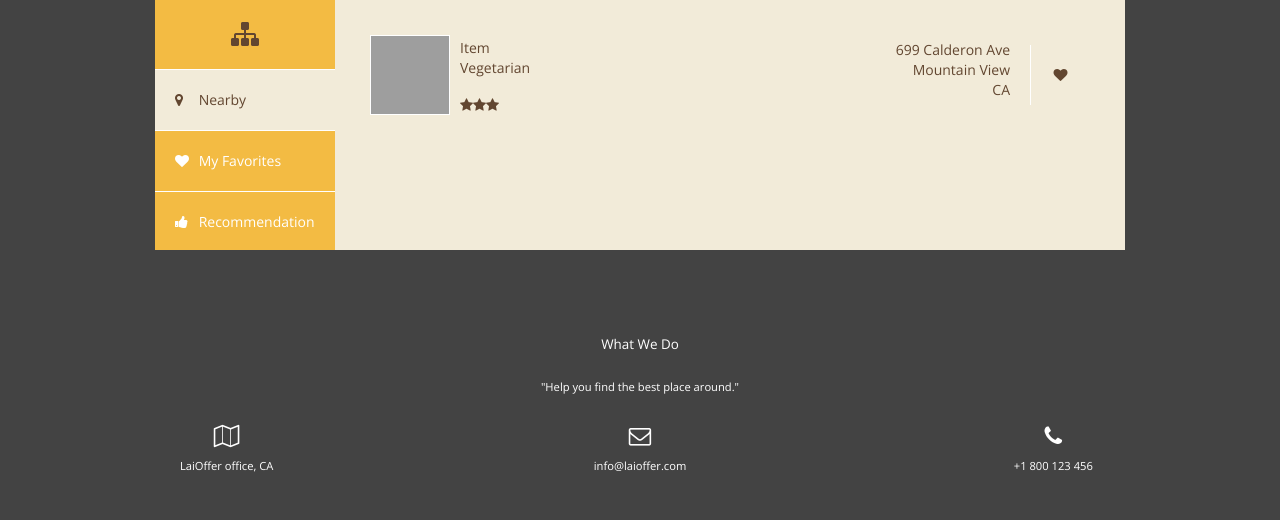
Repository: halonahan/Recommendation-Resful-Server
Page: http://localhost/Titan/
An editor plug-in stored every save of this project. The page is shown before and after the next save, followed by the edit.
The browser window is 1280 px wide. The pictures show the part of the page from y = 310 to 830 px (the page is 830 px tall).
Pictures or frames that could not be fetched are drawn as grey boxes. The page is served by Tomcat 9. Other server files are loaded and not shown.

Above is the page before, as saved 2017-10-22 22:42:31.

### Titan/WebContent/index.html
<!DOCTYPE html>
<html>
<head>
	<title>Item Recommendation </title>
	<link rel="stylesheet" type="text/css" href="https://maxcdn.bootstrapcdn.com/font-awesome/4.7.0/css/font-awesome.min.css">
	<link rel="stylesheet" type="text/css" href="https://fonts.googleapis.com/css?family=Open+Sans:400,300,700">
	<link rel="stylesheet" type="text/css" href="https://maxcdn.bootstrapcdn.com/bootstrap/3.3.7/css/bootstrap.min.css">

	<link rel="stylesheet" type="text/css" href="styles/main.css">
</head>
<body>
  <nav role="navigation" class="navbar navbar-custom navbar-fixed-top">
    <div class="container-fluid">

      <div class="navbar-header">
        <a class="navbar-brand">RECOMMANDY</a>
        <button type="button" class="navbar-toggle" data-target="#navbarCollapse" data-toggle="collapse">
          <span class="sr-only">Toggle navigation</span>
          <span class="icon-bar"></span>
          <span class="icon-bar"></span>
          <span class="icon-bar"></span>
        </button>
      </div>

      <div class="navbar-collapse collapse" id="navbarCollapse">
        <ul class="nav navbar-nav">
          <li class="active"><a href="#">Home</a></li>
          <li><a href="#">About</a></li>
          <li><a href="#">Contact</a></li>
        </ul>

        <ul class="nav navbar-nav navbar-right">
          <li><a href="#">Login</a></li>
        </ul>
      </div>

    </div>
  </nav>

  <div class="container">
    <header>
      <p>
        <span>Item</span>
        <br /> Recommendation
      </p>
    </header>

    <section class="main-section">

      <aside id="item-nav">
        <div class="nav-icon">
          <i class="fa fa-sitemap fa-2x"></i>
        </div>
        <nav class="main-nav">
          <a href="#" id="nearby-btn" class="main-nav-btn active">
            <i class="fa fa-map-marker"></i> Nearby
          </a>
          <a href="#" id="fav-btn" class="main-nav-btn">
            <i class="fa fa-heart"></i> My Favorites
          </a>
          <a href="#" id="recommend-btn" class="main-nav-btn">
            <i class="fa fa-thumbs-up"></i> Recommendation
          </a>
        </nav>
      </aside>

      <ul id="item-list">
        <li class="item">
          <img alt="item image" src="https://s3-media3.fl.yelpcdn.com/bphoto/EmBj4qlyQaGd9Q4oXEhEeQ/ms.jpg" />
          <div>
            <a class="item-name" href="#">Item</a>
            <p class="item-category">Vegetarian</p>
            <div class="stars">
              <i class="fa fa-star"></i>
              <i class="fa fa-star"></i>
              <i class="fa fa-star"></i>
            </div>
          </div>
          <p class="item-address">699 Calderon Ave<br/>Mountain View<br/> CA</p>
          <div class="fav-link">
            <i class="fa fa-heart"></i>
          </div>
        </li>
      </ul>
    </section>
  </div>

  <footer>
    <p class="title">What We Do</p>
    <p>"Help you find the best place around."</p>
    <ul>
      <li>
        <p><i class="fa fa-map-o fa-2x"></i></p>
        <p>LaiOffer office, CA</p>
      </li>
      <li>
        <p><i class="fa fa-envelope-o fa-2x"></i></p>
        <p>info@laioffer.com</p>
      </li>
      <li>
        <p><i class="fa fa-phone fa-2x"></i></p>
        <p>+1 800 123 456</p>
      </li>
    </ul>
  </footer>
  <script
  src="https://code.jquery.com/jquery-2.2.4.min.js"
  integrity="sha256-BbhdlvQf/xTY9gja0Dq3HiwQF8LaCRTXxZKRutelT44="
  crossorigin="anonymous"></script>
  <script type="text/javascript" src="https://maxcdn.bootstrapcdn.com/bootstrap/3.3.7/js/bootstrap.min.js"></script>
  <script type="text/javascript" src="scripts/main.js"></script>
</body>
</html>

### Titan/WebContent/styles/main.css

* {
  box-sizing: border-box;
  margin:     0;
  padding:    0;
}

body {
  background:  #434343;
  color:       #FFFFFF;
  font-family: 'Open Sans', sans-serif;
  font-weight: 300;
  font-size:   1.4em;
}
ul {
  list-style: none;
}
a {
	decoration:none;
}


.navbar-custom {
  background-color: #df574b;
  border:none;
  box-shadow:  0px 2px 10px #333333;
}
.navbar-custom .navbar-brand {
  color: #f8f8f8;
}
.navbar-custom .navbar-brand:hover,
.navbar-custom .navbar-brand:focus {
  color: #dfdfdf;
  background-color: transparent;
}
.navbar-custom .navbar-text {
  color: #f8f8f8;
}
.navbar-custom .navbar-nav > li > a {
  color: #f8f8f8;
}
.navbar-custom .navbar-nav > li > a:hover,
.navbar-custom .navbar-nav > li > a:focus {
  color: #ffffff;
  background-color: transparent;
}
.navbar-custom .navbar-nav > .active > a,
.navbar-custom .navbar-nav > .active > a:hover,
.navbar-custom .navbar-nav > .active > a:focus {
  color: #ffffff;
  background-color: #da3d2f;
}
.navbar-custom .navbar-nav > .disabled > a,
.navbar-custom .navbar-nav > .disabled > a:hover,
.navbar-custom .navbar-nav > .disabled > a:focus {
  color: #cccccc;
  background-color: transparent;
}

.navbar-custom .navbar-toggle
 {
  border-color: #f8f8f8;
}
.navbar-custom .navbar-toggle:hover {
  background-color: rgba(218, 61, 47, 0.5);
  border-color: #d1cfcf;
}
.navbar-custom .navbar-toggle .icon-bar {
  background-color: #f8f8f8;
}
.navbar-custom .navbar-toggle:hover >.icon-bar {
  background-color: #d1cfcf;
}


.navbar-custom .navbar-collapse,
.navbar-custom .navbar-form {
  border-color: #da3b2d;
}
.navbar-custom .navbar-nav > .dropdown > a:hover .caret,
.navbar-custom .navbar-nav > .dropdown > a:focus .caret {
  border-top-color: #ffffff;
  border-bottom-color: #ffffff;
}
.navbar-custom .navbar-nav > .open > a,
.navbar-custom .navbar-nav > .open > a:hover,
.navbar-custom .navbar-nav > .open > a:focus {
  background-color: #da3d2f;
  color: #ffffff;
}
.navbar-custom .navbar-nav > .open > a .caret,
.navbar-custom .navbar-nav > .open > a:hover .caret,
.navbar-custom .navbar-nav > .open > a:focus .caret {
  border-top-color: #ffffff;
  border-bottom-color: #ffffff;
}
.navbar-custom .navbar-nav > .dropdown > a .caret {
  border-top-color: #f8f8f8;
  border-bottom-color: #f8f8f8;
}
@media (max-width: 767) {
  .navbar-custom .navbar-nav .open .dropdown-menu > li > a {
    color: #f8f8f8;
  }
  .navbar-custom .navbar-nav .open .dropdown-menu > li > a:hover,
  .navbar-custom .navbar-nav .open .dropdown-menu > li > a:focus {
    color: #ffffff;
    background-color: transparent;
  }
  .navbar-custom .navbar-nav .open .dropdown-menu > .active > a,
  .navbar-custom .navbar-nav .open .dropdown-menu > .active > a:hover,
  .navbar-custom .navbar-nav .open .dropdown-menu > .active > a:focus {
    color: #ffffff;
    background-color: #da3d2f;
  }
  .navbar-custom .navbar-nav .open .dropdown-menu > .disabled > a,
  .navbar-custom .navbar-nav .open .dropdown-menu > .disabled > a:hover,
  .navbar-custom .navbar-nav .open .dropdown-menu > .disabled > a:focus {
    color: #cccccc;
    background-color: transparent;
  }
}
.navbar-custom .navbar-link {
  color: #f8f8f8;
}
.navbar-custom .navbar-link:hover {
  color: #ffffff;
}


.container {
  top:60px;
  margin:    60px auto;
  max-width: 1000px;
  min-width: 600px;
}
.container > header {
  align-items:     center;
  background:      url('http://prophoto.com.cy/wp-content/galleries/food/food-restaurant-photographer-cyprus-10.jpg') no-repeat 50% 50%;
  background-size: 100%;
  display:         flex;
  height:          250px;
}

.container > header p {
  border-left:  1px solid #FFFFFF;
  font-weight:  400;
  font-size:    2em;
  line-height:  1em;
  margin-left:  220px;
  padding-left: 5px;
}

.container > header span {
  color: #FBAF41;
}

.main-section {
  background: #F3BB43;
}
#item-nav {
  display: block;
  float: left;
  width: 180px;
}

.nav-icon {
  color:      #624630;
  padding:    20px;
  text-align: center;
}
.main-nav-btn {
  border-top:      1px solid #FFFFFF;
  color:           #FFFFFF;
  display:         block;
  padding:         20px;
  text-align:      left;
  text-decoration: none;
}

.main-nav-btn:hover {
  background: rgba(255, 255, 255, 0.8);
  color:      #624630;
}

.main-nav-btn.active {
  background: #F2EBD9;
  color:      #624630;
}

.main-nav-btn i {
  width: 20px;
}

#item-list {
  background:  #F2EBD9;
  color:       #624630;
  display:     block;
  list-style:  none;
  margin-left: 180px;
  min-height:  250px;
  padding:     10px;
}
.item {
  align-items:   center;
  border-bottom: 1px solid #FFFFFF;
  display:       flex;
  margin:        10px;
  padding:       15px;
}

.item:last-child {
  border: none;
}

.item:hover {
  background: rgba(255, 255, 255, 0.8);
}

.item img {
  border: 1px solid #FFFFFF;
  height: 80px;
  width:  80px;
}

.item > div:first-of-type {
  flex:         1;
  margin-left:  10px;
  margin-right: 10px;
}

.item-name {
  color:           #624630;
  font-weight:     400;
  text-decoration: none;
}

.item-name:hover {
  text-decoration: underline;
}

.item-address {
  line-height:   20px;
  padding-right: 20px;
  text-align:    right;
}

.stars {
  align-items: center;
  display:     flex;
  padding-top: 10px;
}

.fav-link {
  border-left: 1px solid #FFFFFF;
  cursor:      pointer;
  line-height: 60px;
  text-align:  center;
  width:       60px;
}

.fav-link:hover {
  color: #F13F3F;
}
footer {
  background: #434343;
  font-size:  0.8em;
  height:     200px;
  position:   relative;
}

footer p {
  text-align: center;
}

footer p.title {
  font-size: 1.2em;
  padding:   15px;
}

footer ul {
  align-items: center;
  display:     flex;
  padding:     20px;
}

footer ul li {
  flex: 1;
}
 #item-list .notice {
  font-size:  16px;
  padding:    60px;
  text-align: center;
}

### Titan/WebContent/scripts/main.js
(function() {
	/**
	 * Variables
	 */
	var user_id = '1111';
	var lng = -122.08;
	var lat = 37.38;


	function $(tag, options) {
		if (!options) {
			return document.getElementById(tag);
		}

		var element = document.createElement(tag);

		for ( var option in options) {
			if (options.hasOwnProperty(option)) {
				element[option] = options[option];
			}
		}

		return element;
	}


	/**
	 * AJAX helper
	 *
	 * @param method - GET|POST|PUT|DELETE
	 * @param url - API end point
	 * @param callback - This the successful callback
	 * @param errorHandler - This is the failed callback
	 */
	function ajax(method, url, data, callback, errorHandler) {
	  var xhr = new XMLHttpRequest();

	  xhr.open(method, url, true);

	  xhr.onload = function () {
	    switch (xhr.status) {
	      case 200:
	        callback(xhr.responseText);
	        break;
	      case 403:
	        onSessionInvalid();
	        break;
	      case 401:
	        errorHandler();
	        break;
	    }
	  };

	  xhr.onerror = function () {
	    console.error("The request couldn't be completed.");
	    errorHandler();
	  };

	  if (data === null) {
	    xhr.send();
	  } else {
	    xhr.setRequestHeader("Content-Type", "application/json;charset=utf-8");
	    xhr.send(data);
	  }
	}
	function listItems(items) {
		// Clear the current results
		var itemList = $('item-list');
		itemList.innerHTML = '';

		for (var i = 0; i < items.length; i++) {
			addItem(itemList, items[i]);
		}
	}

	function addItem(itemList, item) {
		var item_id = item.item_id;

		// create the <li> tag and specify the id and class attributes
		var li = $('li', {
			id : 'item-' + item_id,
			className : 'item'
		});

		// set the data attribute
		li.dataset.item_id = item_id;
		li.dataset.favorite = item.favorite;

		// item image
		if (item.image_url) {
			li.appendChild($('img', {
				src : item.image_url
			}));
		} else {
			li.appendChild($('img', {
				src : 'https://assets-cdn.github.com/images/modules/logos_page/GitHub-Mark.png'
			}))
		}
		// section
		var section = $('div', {});

		// title
		var title = $('a', {
			href : item.url,
			target : '_blank',
			className : 'item-name'
		});
		title.innerHTML = item.name;
		section.appendChild(title);

		// category
		var category = $('p', {
			className : 'item-category'
		});
		category.innerHTML = 'Category: ' + item.categories.join(', ');
		section.appendChild(category);

		var stars = $('div', {
			className : 'stars'
		});

		for (var i = 0; i < item.rating; i++) {
			var star = $('i', {
				className : 'fa fa-star'
			});
			stars.appendChild(star);
		}

		if (('' + item.rating).match(/\.5$/)) {
			stars.appendChild($('i', {
				className : 'fa fa-star-half-o'
			}));
		}

		section.appendChild(stars);

		li.appendChild(section);

		// address
		var address = $('p', {
			className : 'item-address'
		});

		address.innerHTML = item.address.replace(/,/g, '<br/>').replace(/\"/g,
				'');
		li.appendChild(address);

		// favorite link
		var favLink = $('p', {
			className : 'fav-link'
		});

		favLink.onclick = function() {
			changeFavoriteItem(item_id);
		};

		favLink.appendChild($('i', {
			id : 'fav-icon-' + item_id,
			className : item.favorite ? 'fa fa-heart' : 'fa fa-heart-o'
		}));

		li.appendChild(favLink);

		itemList.appendChild(li);
	}

	function initGeoLocation() {
		if (navigator.geolocation) {
			navigator.geolocation.getCurrentPosition(onPositionUpdated,
					onLoadPositionFailed, {
						maximumAge : 60000
					});
			showLoadingMessage('Retrieving your location...');
		} else {
			onLoadPositionFailed();
		}
	}

	function onPositionUpdated(position) {
		lat = position.coords.latitude;
		lng = position.coords.longitude;

		loadNearbyItems();
	}

	function onLoadPositionFailed() {
		console.warn('navigator.geolocation is not available');
		getLocationFromIP();
	}

	function getLocationFromIP() {
		// Get location from http://ipinfo.io/json
		var url = 'http://ipinfo.io/json'
		var req = null;
		ajax('GET', url, req, function(res) {
			var result = JSON.parse(res);
			if ('loc' in result) {
				var loc = result.loc.split(',');
				lat = loc[0];
				lng = loc[1];
			} else {
				console.warn('Getting location by IP failed.');
			}
			loadNearbyItems();
		});
	}

	/**
	 * API #1 Load the nearby items API end point: [GET]
	 * /Titan/search?user_id=1111&lat=37.38&lon=-122.08
	 */
	function loadNearbyItems() {
		console.log('loadNearbyItems');
		activeBtn('nearby-btn');

		// The request parameters
		var url = './search';
		var params = 'user_id=' + user_id + '&lat=' + lat + '&lon=' + lng;
		var req = JSON.stringify({});

		// display loading message
		showLoadingMessage('Loading nearby items...');

		// make AJAX call
		ajax('GET', url + '?' + params, req,
		// successful callback
		function(res) {
			var items = JSON.parse(res);
			if (!items || items.length === 0) {
				showWarningMessage('No nearby item.');
			} else {
				listItems(items);
			}
		},
		// failed callback
		function() {
			showErrorMessage('Cannot load nearby items.');
		});
	}
	/**
	 * API #2 Load favorite (or visited) items API end point: [GET]
	 * /Titan/history?user_id=1111
	 */
	function loadFavoriteItems() {
		activeBtn('fav-btn');

		// The request parameters
		var url = './history';
		var params = 'user_id=' + user_id;
		var req = JSON.stringify({});

		// display loading message
		showLoadingMessage('Loading favorite items...');

		// make AJAX call
		ajax('GET', url + '?' + params, req, function(res) {
			var items = JSON.parse(res);
			if (!items || items.length === 0) {
				showWarningMessage('No favorite item.');
			} else {
				listItems(items);
			}
		}, function() {
			showErrorMessage('Cannot load favorite items.');
		});
	}

	/**
	 * API #3 Load recommended items API end point: [GET]
	 * /Titan/recommendation?user_id=1111
	 */
	function loadRecommendedItems() {
		activeBtn('recommend-btn');

		// The request parameters
		var url = './recommendation';
		var params = 'user_id=' + user_id + '&lat=' + lat + '&lon=' + lng;

		var req = JSON.stringify({});

		// display loading message
		showLoadingMessage('Loading recommended items...');

		// make AJAX call
		ajax(
				'GET',
				url + '?' + params,
				req,
				// successful callback
				function(res) {
					var items = JSON.parse(res);
					if (!items || items.length === 0) {
						showWarningMessage('No recommended item. Make sure you have favorites.');
					} else {
						listItems(items);
					}
				},
				// failed callback
				function() {
					showErrorMessage('Cannot load recommended items.');
				});
	}

	/**
	 * API #4 Toggle favorite (or visited) items
	 *
	 * @param item_id -
	 *            The item business id
	 *
	 */
	function changeFavoriteItem(item_id) {
		// Check whether this item has been visited or not
		var li = $('item-' + item_id);
		var favIcon = $('fav-icon-' + item_id);
		var favorite = li.dataset.favorite !== 'true';

		// The request parameters
		var url = './history';
		var req = JSON.stringify({
			user_id : user_id,
			favorite : [ item_id ]
		});
		var method = favorite ? 'POST' : 'DELETE';

		ajax(method, url, req,
		// successful callback
		function(res) {
			var result = JSON.parse(res);
			if (result.result === 'SUCCESS') {
				li.dataset.favorite = favorite;
				favIcon.className = favorite ? 'fa fa-heart' : 'fa fa-heart-o';
			}
		});
	}
	function init() {
		// Register event listeners
		$('nearby-btn').addEventListener('click', loadNearbyItems);
		$('fav-btn').addEventListener('click', loadFavoriteItems);
		$('recommend-btn').addEventListener('click', loadRecommendedItems);

		initGeoLocation();
	}



	function showLoadingMessage(msg) {
		var itemList = $('item-list');
		itemList.innerHTML = '<p class="notice"><i class="fa fa-spinner fa-spin"></i> '+ msg + '</p>';
	}

	function showWarningMessage(msg) {
	    var itemList = $('item-list');
	    itemList.innerHTML = '<p class="notice"><i class="fa fa-exclamation-triangle"></i> ' + msg + '</p>';
	}

	function showErrorMessage(msg) {
		var itemList = $('item-list');
		itemList.innerHTML = '<p class="notice"><i class="fa fa-exclamation-circle"></i> ' + msg + '</p>';
	}

	function activeBtn(btnId) {
		var btns = document.getElementsByClassName('main-nav-btn');

		for (var i = 0; i < btns.length; i++) {
			btns[i].className =btns[i].className.replace(/\bactive\b/, '');
		}

		// active the one that has id = btnId
		var btn = $(btnId);
		btn.className += ' active';
	}



})();

After the next save:
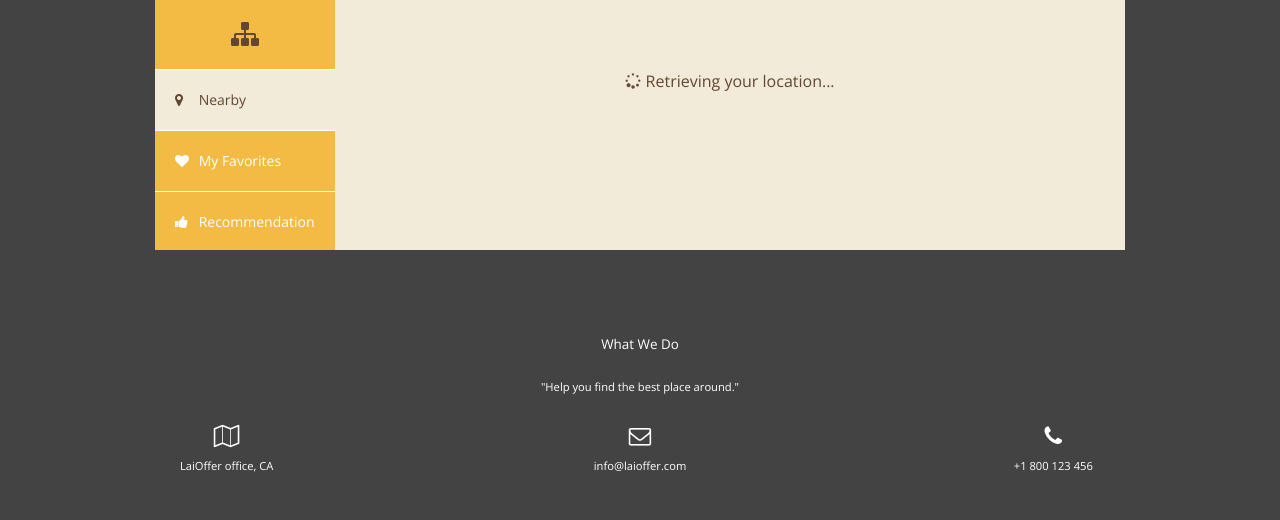
Saved 10 s later.
--- a/Titan/WebContent/scripts/main.js
+++ b/Titan/WebContent/scripts/main.js
@@ -370,6 +370,6 @@
 		btn.className += ' active';
 	}
 
-
+	init();
 
 })();
